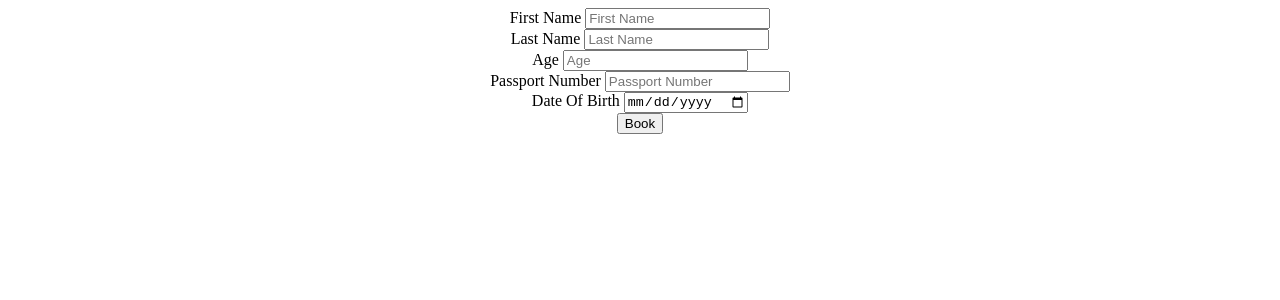
Repository: kalpesh3070/backend2
Page: flyaway/src/main/webapp/Ticket_booking.html
These files come from the project's save history. The page is drawn as it stood at one moment and after the next save; the edit follows.
The browser window is 1280 px wide. The pictures show the whole page.

Above is the page before, as saved 2022-11-11 03:38:44.

### flyaway/src/main/webapp/Ticket_booking.html
<!DOCTYPE html>
<html>
<head>
<meta charset="ISO-8859-1">
<title>Insert title here</title>
</head>
<body>
<center>
<label>First Name</label>
<input type="text" name="name" placeholder="First Name"><br>
<label>Last Name</label>
<input type="text" name="lastname" placeholder="Last Name"><br>
<label>Age</label>
<input type="text" name="age" placeholder="Age"><br>
<label>Passport Number</label>
<input type="text" name="passport number" placeholder="Passport Number"><br>
<label>Date Of Birth</label>
<input type="date" name="dob"><br>
<input type="submit" value="Book">
</center>
</body>
</html>

After the next save:
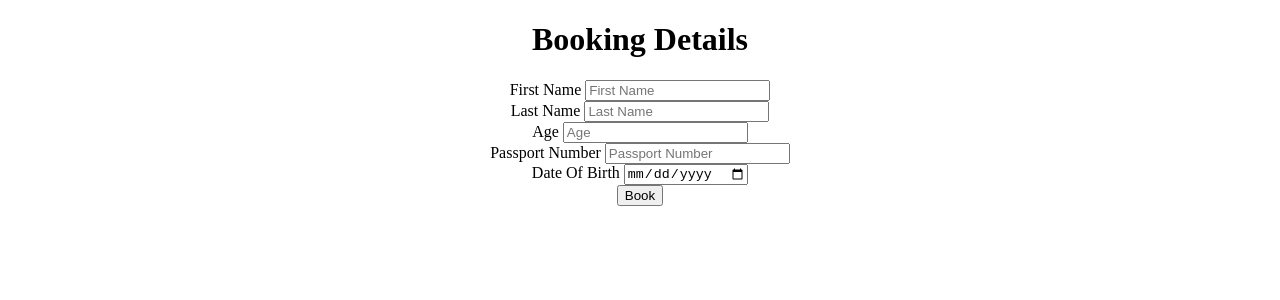
Saved 48 s later.
--- a/flyaway/src/main/webapp/Ticket_booking.html
+++ b/flyaway/src/main/webapp/Ticket_booking.html
@@ -6,6 +6,7 @@
 </head>
 <body>
 <center>
+<h1>Booking Details</h1>
 <label>First Name</label>
 <input type="text" name="name" placeholder="First Name"><br>
 <label>Last Name</label>
